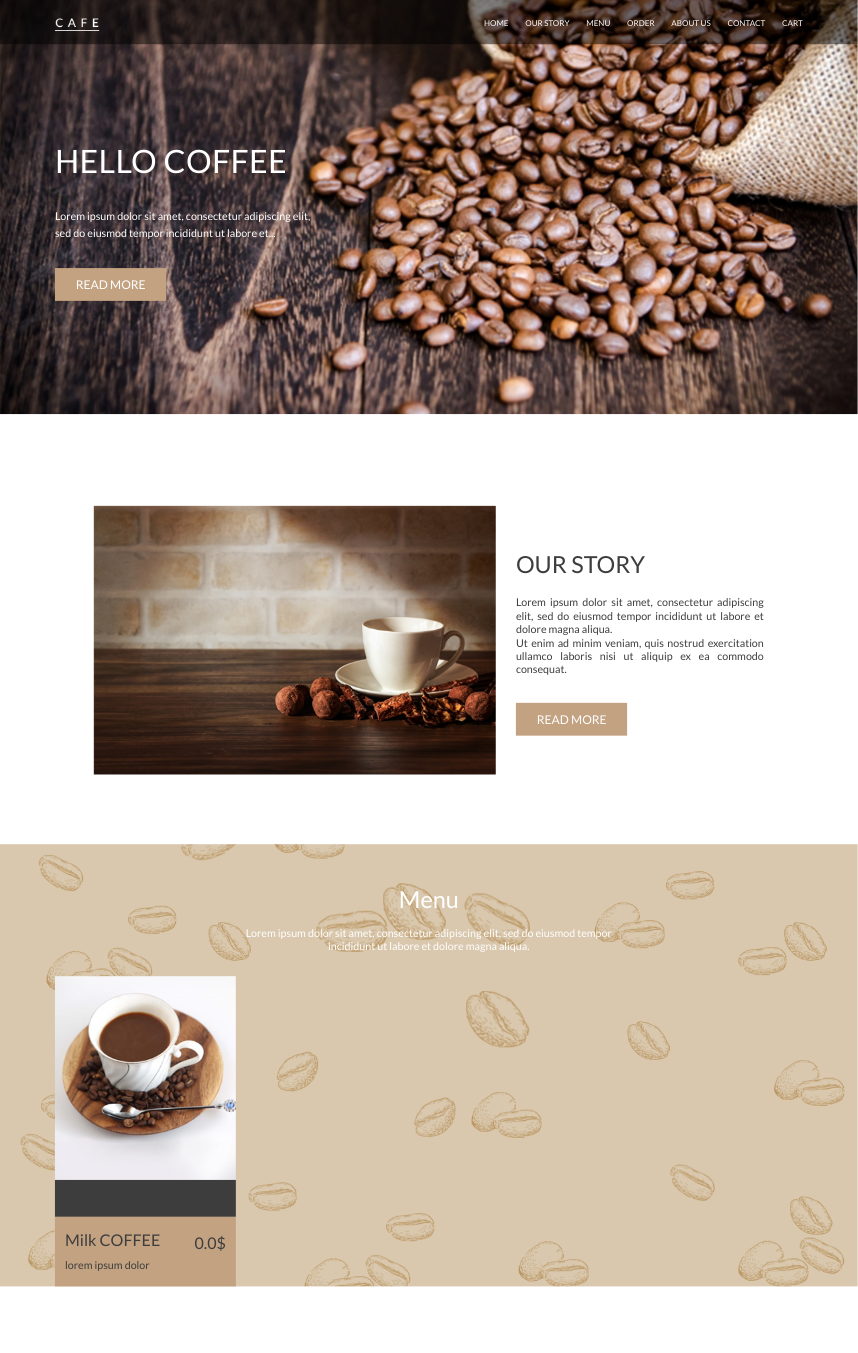
Repository: kuluong2000/coffe
Page: index.html
The author's editor kept a copy of each file at every save. The page is drawn from the files as they stood at one save, then again after the next save.
The browser window is 1280 px wide. The pictures show the whole page, at 67% of full size.

Above is the page before, as saved 2021-10-04 21:44:15.

### index.html
<!DOCTYPE html>
<html lang="en">
  <head>
    <meta charset="UTF-8" />
    <meta http-equiv="X-UA-Compatible" content="IE=edge" />
    <meta name="viewport" content="width=device-width, initial-scale=1.0" />
    <link rel="stylesheet" href="./libs/css/bootstrap.min.css" />
    <link rel="stylesheet" href="./libs/css/animate.css" />
    <link rel="stylesheet" href="./libs/css/slick-theme.css" />
    <link rel="stylesheet" href="./libs/css/slick.css" />
    <link rel="stylesheet" href="./Assets/css/reset.css" />
    <link rel="stylesheet" href="./Assets/css/style.css" />
    <link rel="stylesheet" href="./Assets/css/responsive.css" />
    <title>Document</title>
  </head>
  <body>
    <header class="header">
      <div class="container">
        <div class="row">
          <div class="header-main">
            <div class="header-menu">
              <a href="#">
                <img src="./Assets/image/logo.png" alt="" srcset="" />
              </a>
            </div>
            <nav>
              <ul class="header-menu">
                <li class="header-menu-item"><a href="#" class="header-menu-link">Home</a></li>
                <li class="header-menu-item"><a href="#" class="header-menu-link">Our Story</a></li>
                <li class="header-menu-item"><a href="#" class="header-menu-link">Menu</a></li>
                <li class="header-menu-item"><a href="#" class="header-menu-link">Order</a></li>
                <li class="header-menu-item"><a href="#" class="header-menu-link">About Us</a></li>
                <li class="header-menu-item"><a href="#" class="header-menu-link">Contact</a></li>
                <li class="header-menu-item"><a href="#" class="header-menu-link">Cart</a></li>
              </ul>
            </nav>
          </div>
        </div>
      </div>
    </header>
    <main>
      <section class="banner">
        <div class="banner-img">
          <img src="./Assets/image/banner.jpg" alt="" srcset="" />
        </div>
        <div class="container">
          <div class="row">
            <div class="banner-main">
              <div class="banner-content">
                <h1 class="banner-heading">HELLO COFFEE</h1>
                <p class="banner-desc">Lorem ipsum dolor sit amet, consectetur adipiscing elit, sed do eiusmod tempor incididunt ut labore et...</p>
                <a href="#" class="btn"> Read More </a>
              </div>
            </div>
          </div>
        </div>
      </section>
      <section class="story">
        <div class="container">
          <div class="row">
            <div class="story-main">
              <div class="story-media">
                <div class="story-image">
                  <img src="./Assets/image/story.jpg" alt="" />
                </div>
              </div>
              <div class="story-info">
                <div class="story-title">Our Story</div>
                <p class="story-desc">
                  Lorem ipsum dolor sit amet, consectetur adipiscing elit, sed do eiusmod tempor incididunt ut labore et dolore magna aliqua.
                  <br />
                  Ut enim ad minim veniam, quis nostrud exercitation ullamco laboris nisi ut aliquip ex ea commodo consequat.
                </p>
                <a href="#" class="btn">Read More</a>
              </div>
            </div>
          </div>
        </div>
      </section>
      <section class="menu">
        <div class="container">
          <div class="row">
            <div class="menu-main">
              <div class="box">
                <h2 class="title menu-box-title">Menu</h2>
                <p class="desc menu-box-desc">Lorem ipsum dolor sit amet, consectetur adipiscing elit, sed do eiusmod tempor incididunt ut labore et dolore magna aliqua.</p>
              </div>
              <div class="menu-list">
                <div class="menu-item">
                  <div class="menu-item-image">
                    <img src="./Assets/image/menu_img1.jpg" alt="" />
                  </div>
                  <div class="menu-item-info">
                    <div class="menu-item-content">
                      <h2 class="menu-item-name">Milk COFFEE</h2>
                      <p class="menu-item-desc">lorem ipsum dolor</p>
                    </div>
                    <p class="menu-item-price">0.0$</p>
                  </div>
                </div>
              </div>
            </div>
          </div>
        </div>
      </section>
    </main>

    <script src="./libs/Js/jquery-3.5.1.slim.min.js"></script>
    <script src="./libs/Js/bootstrap.min.js"></script>
    <script src="./libs/Js/slick.min.js"></script>
    <script src="./libs/Js/wow.js"></script>
  </body>
</html>

### Assets/css/reset.css
html, body, div, span, applet, object, iframe,
h1, h2, h3, h4, h5, h6, p, blockquote, pre,
a, abbr, acronym, address, big, cite, code,
del, dfn, em, img, ins, kbd, q, s, samp,
small, strike, strong, sub, sup, tt, var,
b, u, i, center,
dl, dt, dd, ol, ul, li,
fieldset, form, label, legend,
table, caption, tbody, tfoot, thead, tr, th, td,
article, aside, canvas, details, embed,
figure, figcaption, footer, header, hgroup,
menu, nav, output, ruby, section, summary,
time, mark, audio, video {
	margin: 0;
	padding: 0;
	border: 0;
	font-size: 100%;
	vertical-align: baseline;
}
/* HTML5 display-role reset for older browsers */
article, aside, details, figcaption, figure,
footer, header, hgroup, menu, nav, section {
	display: block;
}
* {
	box-sizing: border-box;
}
body {
	line-height: 1;
  font-family: 'Muli', sans-serif;


  font-style: normal;
  font-weight: normal;
  font-size: 16px;
  line-height: 32px;
}
ol, ul {
	list-style: none;
}
blockquote, q {
	quotes: none;
}
blockquote:before, blockquote:after,
q:before, q:after {
	content: '';
	content: none;
}
table {
	border-collapse: collapse;
	border-spacing: 0;
}

img {
  max-width: 100%;
	vertical-align: bottom;
}
a {
	outline: none;
}

### Assets/css/style.css
@import url('https://fonts.googleapis.com/css2?family=Lato:ital,wght@0,400;0,700;0,900;1,300;1,400;1,700;1,900&display=swap');
body{
    font-family: 'Lato', sans-serif;
    font-size: 16px;
    line-height: 1.6;
    color: #3d3d3d;
    font-weight: 400;
}
.header{
    position: absolute;
    width: 100%;
    background-color: rgba(0,0,0 , 0.5);
    padding: 20px 0 20px;
    z-index: 99;
}
.header-main{
    display:flex;
    justify-content: space-between;
    align-items: center;
}
.header-menu{
    display:flex;
    justify-content: space-between;
    align-items: center;
}
.header-menu-item{
    list-style-type: none;
}
.header-menu-item:not(:first-child){
    margin-left: 25px;
}
.header-menu-link{
    position: relative;
    color: white;
    text-transform: uppercase;
    text-decoration: none;
    font-size: 12px;
    padding-bottom: 7px;

}
.header-menu-link::before{
    content: '';
    position: absolute;
    bottom: 0;
    left:  0;
    height: 2px;
    width: 100%;
    background-color: #c3a281;
    transform: scale(0);
    transition: 0.5s;
    transform-origin: right;
}
.header-menu-link:hover,
.header-menu-link:hover::before{
    color: #c3a281;
    transform: scale(1);
}
.banner{
    position: relative;
    min-height: 660px;
}
.banner-img{
    position: relative;
    z-index: -1;
    object-fit: cover;
    width: 100%;
}
.banner-img img{
    width: 100%;
}

.banner-main{
    position: absolute;
    left: auto;
    top: 50%;
    transform: translateY(-50%);
    color: white;
    width: max-content;

}

.banner-heading{
    font-weight: 400;
    font-size: 48px;
    letter-spacing: 0.5px;
    margin-bottom: 40px;
}
.banner-desc{
    width: 390px;
    margin-bottom: 40px;
}
.btn{
    font-size: 18px;
    color: white;
    font-weight: 400;
    padding: 10px 30px;
    background-color: #c3a281;
    border-radius: 0%;
    text-transform: uppercase;
}
.btn:hover{
    color: white;
}
.story{
    padding-top: 95px;
    min-height: 600px;
}
.story-main{
    display:flex;
    padding: 0 70px;
    align-items: center;
}
.story-media{
    position: relative;
}
.story-icon-play{
    position: absolute;
    top: 50%;
    left: 50%;
    transform:translate(-50%,-50%);
}
.story-image{
    min-width: 600px;
    height: 100%;
    object-fit: cover;
}
.story-image img{
    width: 100%;
    height: 100%;
}
.story-info{
    margin-left: 30px;
}
.story-title{
    font-size: 35px;
    margin-bottom: 20px;
    text-transform: uppercase;
}
.story-desc{
    text-align: justify;
    margin-bottom: 40px;
    line-height: 20px;
}
.menu{
    margin-bottom: 100px;
    background: url(/Assets/image/menu_bg.png) no-repeat center / cover;
}
.box{
    padding-top: 60px;
    margin: 0 auto;
    width: 100%;
    max-width: 570px;
    text-align: center  ;
}
.title{
    font-size: 35px;
    margin-bottom: 20px;
    color: white;
}
.desc{
    line-height: 20px;
    color: white;
    margin-bottom: 35px;
}
.menu-item{
    position: relative;
}
.menu-item-info{
    display: flex;
    justify-content: space-between;
    background-color: #c3a281;
    padding: 20px 15px;
    width: 270px;
}

.menu-item-name{
    font-size: 24px;
    margin-bottom: 10px;
}
.menu-item-price{
    font-size: 24px;
}

### Assets/css/responsive.css
@media (min-width:1400px){
    .container{
        max-width: 1170px;
    }
}

Loaded but not shown: libs/css/bootstrap.min.css (library); libs/css/animate.css (library); libs/css/slick-theme.css (library); libs/css/slick.css (common file); libs/Js/jquery-3.5.1.slim.min.js (library); libs/Js/bootstrap.min.js (library); libs/Js/slick.min.js (library); libs/Js/wow.js (library)

After the next save:
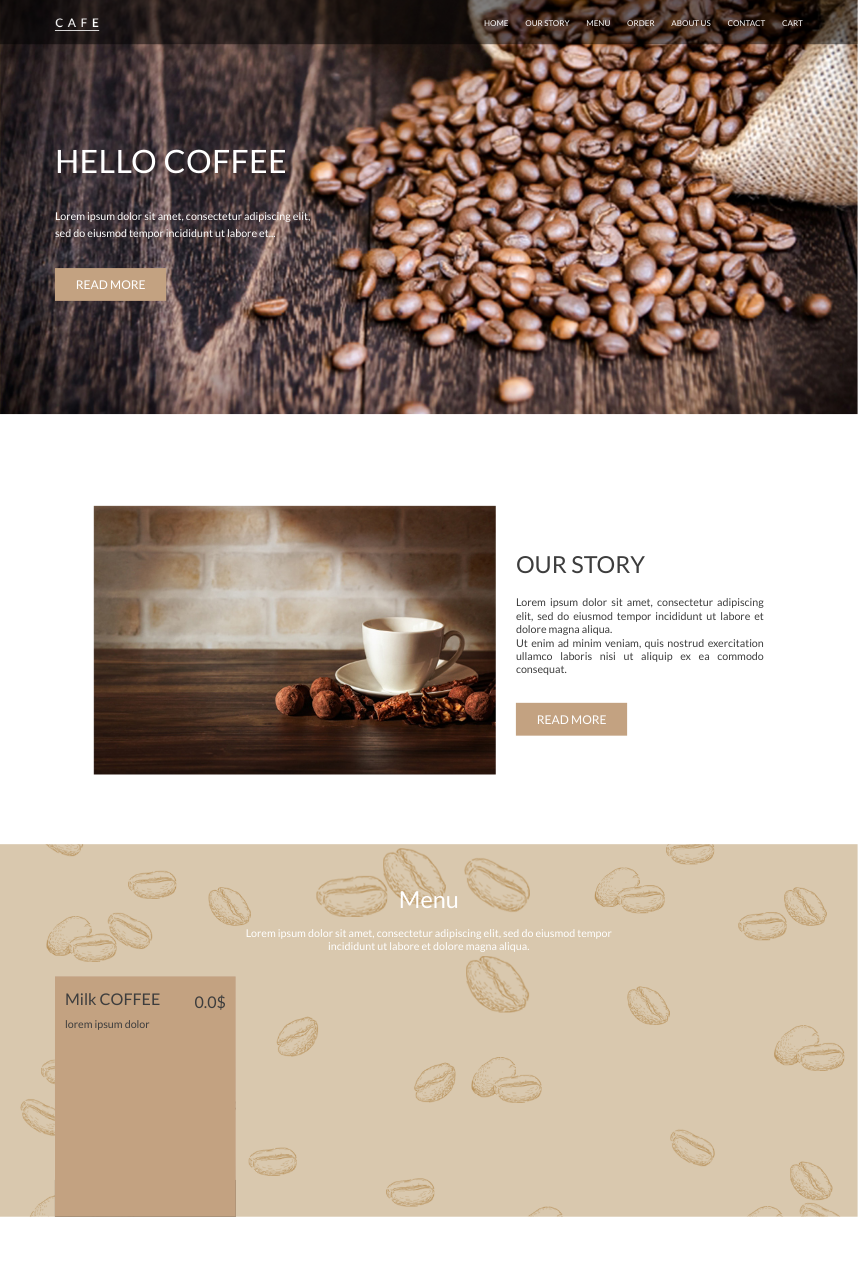
Saved 18 s later.
--- a/Assets/css/style.css
+++ b/Assets/css/style.css
@@ -171,6 +171,10 @@ body{
     background-color: #c3a281;
     padding: 20px 15px;
     width: 270px;
+    position: absolute;
+    bottom: 0;
+    top: 0;
+    left: 0;
 }
 
 .menu-item-name{
